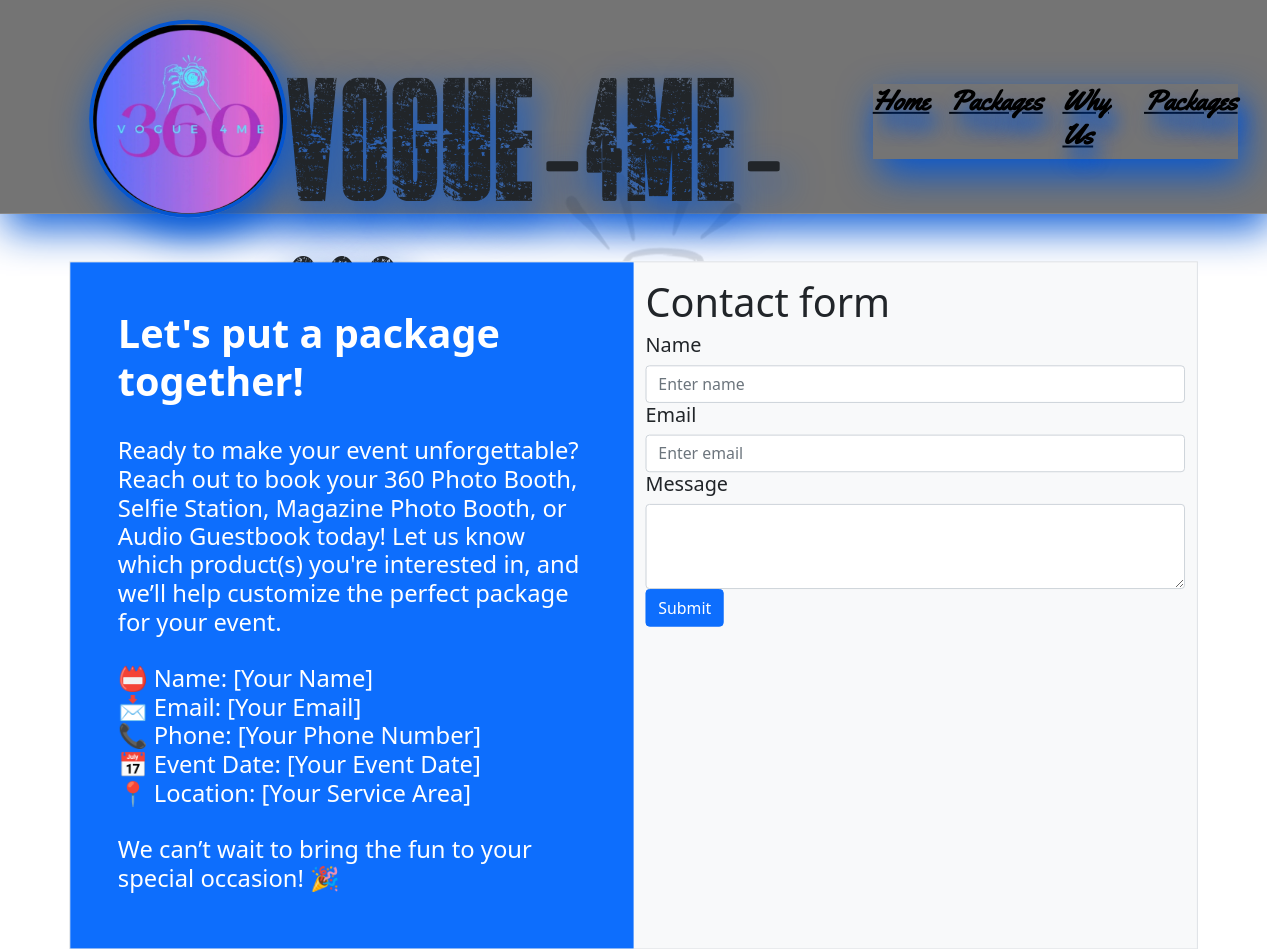
Repository: ErvinClay13/Vogue360-website
Page: contactUs.html
An editor plug-in stored every save of this project. The page is shown before and after the next save, followed by the edit.
The browser window is 1280 px wide. The pictures show the whole page, at 99% of full size.
Backgrounds fixed to the window are drawn as part of the page.

Above is the page before, as saved 2025-03-06 03:25:40.
Console error: ReferenceError: emailjs is not defined

### contactUs.html
<!DOCTYPE html>
<html lang="en">
<head>
    <meta charset="UTF-8">
    <meta name="viewport" content="width=device-width, initial-scale=1.0">
    <link
         rel="icon"
         type="image.png"
         sizes="32x32"
         href="images/VogueLogo.png">
    <link rel="stylesheet" href="myStyle/style.css">
    <link rel="stylesheet" href="why-us.html">
    <link rel="stylesheet" href="gallery.html">
    <link rel="stylesheet" href="packages.html">
    <link rel="stylesheet" href="home.html">
    <link href="https://cdn.jsdelivr.net/npm/bootstrap@5.0.2/dist/css/bootstrap.min.css"
        rel="stylesheet" integrity="sha384-EVSTQN3/azprG1Anm3QDgpJLIm9Nao0Yz1ztcQTwFspd3yD65VohhpuuCOmLASjC"
        crossorigin="anonymous">
    <title>Contact Us</title>



    <script src="script.js"></script>



    <script type="text/javascript"
    src="https://cdn.jsdelivr.net/npm/@emailjs/browser@4/dist/email.min.js">
</script>
<script type="text/javascript">
(function(){
  emailjs.init({
    publicKey: "pxI3h7P6SQYHLwxAj",
  });
})();
</script>

  </head>
  <body>

    <div class="wrapper">
        <header>
            <a href="home.html"></a><img  src="images/newLogo.png" id="myLogo" alt="">
            <h1 id="headerText">VOGUE-4ME-360</h1>
            <div class="link-pages" id="link_pages">
                <h3><a href="home.html" id="myLink">Home</a></h3>
                <h3><a href="packages.html" id="myLink">Packages</a></h3>
                <h3><a href="why-us.html" id="myLink">Why Us</a></h3>
                <h3><a href="packages.html" id="myLink">Packages</a></h3>

            </div>
        </header>
    </div>

    <div class="container border mt-5 bg-light">
        <div class="row">
          <div class="col-md-6 p-5 bg-primary text-white">
            <h1><strong>Let's put a package together!</strong></h1> <br>
            <h4>
              Ready to make your event unforgettable? Reach out to book your 360 Photo Booth, Selfie Station, Magazine Photo Booth, or Audio Guestbook today! Let us know which product(s) you're interested in, and we’ll help customize the perfect package for your event. <br> <br>

              📛 Name: [Your Name] <br>
              📩 Email: [Your Email] <br>
              📞 Phone: [Your Phone Number] <br>
              📅 Event Date: [Your Event Date] <br>
              📍 Location: [Your Service Area] <br> <br>

              We can’t wait to bring the fun to your special occasion! 🎉
            </h4>
          </div>
          <div class="col-md-6 border-left py-3">
            <h1>Contact form</h1>
            <div class="form-group">
              <h5 for="name">Name</h5>
              <input
                type="text"
                class="form-control"
                id="name"
                placeholder="Enter name"
              />
            </div>
            <div class="form-group">
              <h5 for="email">Email</h5>
              <input
                type="email"
                class="form-control"
                id="email"
                placeholder="Enter email"
              />
            </div>
            <div class="form-group">
              <h5 for="message">Message</h5>
              <textarea class="form-control" id="message" rows="3"></textarea>
            </div>
            <button class="btn btn-primary" onclick="sendMail()">Submit</button>
          </div>
        </div>
      </div>

### myStyle/style.css
@import url('https://fonts.googleapis.com/css2?family=Yellowtail&display=swap');

@font-face {
    font-family: myFont;
   src: url(School.otf);
}

@font-face {
    font-family: myFont2;
   src: url(TripleRainbow.otf);
}

@font-face {
    font-family: myFont3;
   src: url(NewFont.ttf);
}

*{
    padding: 0;
    margin: 0;
    box-sizing: border-box;
}

body {
    background-color: rgba(187, 187, 187, 0.674);
    background-image: url(backgroundLogo.png);
    background-repeat: no-repeat;
    background-position: center;
    background-attachment: fixed;
}

#myLogo {
    height: 200px;
    width: 200px;
    margin-top: 20px;
    margin-left: 40px;
    border: solid 4px #0055d4f5;;
    border-radius: 150px;
    box-shadow: 5px 15px 40px #0055d4f5;



}

header {
    display: flex;
    justify-content: space-between;
    padding-right: 30px;
    padding-left: 50px;
    background-color: rgba(56, 56, 56, 0.698);
    height: 30vh;
    box-shadow: 5px 15px 40px #0055d4f5;
}

a {
    text-decoration: underline;
    color: #151515;
}

a:link {
    color: #151515;
}

a:hover {
    color: #01398cf5;
    text-decoration: underline;
}

.link-pages {
    align-self: center;
    margin-top: 30px;
    font-size: 25px;
    font-family: "Yellowtail", cursive;
    display: flex;
    gap: 20px;
    box-shadow: 5px 15px 40px #0055d4f5;
    text-shadow: 5px 15px 30px #0055d4f5;
}



#myLink {
    color: black;
    font-weight: bold;
    text-shadow: 5px 15px 20px #0055d4;
    cursor: url("cursorLogo.png"), auto;
}
#myLink:hover{
    color: #01398cf5;
}





#servImg {
    height: 250px;
    width: 250px;
    border-radius: 20px;
}

#packImg {
    height: 250px;
    width: 250px;
    border-radius: 20px;
}




#headerText {
    align-content: center;
    margin-top: 70px;
    font-size: 150px;
    font-family: myFont3;
    height: 120px;
    border-radius: 80px;
    text-shadow: 5px 15px 40px #0055d4f5;
    font-weight: 100;

}



.galleryContainer {
    margin-top: 60PX;
    display: flex;
    flex-direction: column;
    align-items: center;
    justify-content: space-between;

}



.galleryBoxes {
    justify-content: center;
    margin-top: 30px;
    display: flex;
    flex-wrap: wrap;
    width: 1000px;
    justify-content: space-between;
    row-gap: 25px;
    box-shadow: 5px 15px 40px #0055d4f5;
}

.boxes:hover {
    transform: scale(1.2);
    box-shadow: 5px 15px 40px #8600d4f5;
}

.homeVidContainer {
    margin-top: 30px;
    display: flex;
    flex-direction: column;
    align-items: center;
    margin-bottom: 200px
}

.vidBox {
    display: flex;
    align-items: center;
    gap: 15px;
    box-shadow: 5px 15px 40px #0055d4f5;
}

.packageTitle {
    display: flex;
    margin-top: 50px;
    flex-direction: column;
    align-items: center;
    font-size: 40px;
    text-shadow: 5px 15px 40px #0055d4f5;
}

.packageContainer {
    margin-top: 100px;
    display: flex;
    gap: 80px;
    justify-content: center;
    text-shadow: 5px 15px 40px #0055d4f5;
    margin-bottom: 100px;
}

#pack {
    border: solid 2px rgb(67, 67, 67);
    box-shadow: 5px 15px 40px #0055d4f5;
    padding: 15px;
    border-radius: 20px;
}

#pack:hover {
    transform: scale(1.2);
    box-shadow: 5px 15px 40px #8600d4f5;
    background-color: #8600d45b;
}

.headBox {
    font-size: 30px;
    padding-bottom: 10px;
}

.headBox:hover {
    color:#8600d4f5;
    cursor: url("cursorLogo.png"), auto;
}

.headService {
    display: flex;
    margin-top: 50px;
    flex-direction: column;
    align-items: center;
    font-size: 40px;
    text-shadow: 5px 15px 40px #0055d4f5;

}

.servicesContainer {
    margin-top: 60px;
    display: flex;
    gap: 80px;
    justify-content: center;
    text-shadow: 5px 15px 40px #0055d4f5;
    margin-bottom: 100px;
    flex-wrap: wrap;

}



.serviceBox {
    max-width: 300px;
    box-shadow: 5px 15px 40px #0055d4f5;
    text-align: center;
    border-radius: 10px;
    padding: 20px;

}

.serviceBox:hover {
    transform: scale(1.2);
    box-shadow: 5px 15px 40px #8600d4f5;

}
.bookToday {
    margin-top: 10px;
    box-shadow: 5px 15px 40px #0055d4f5;
    text-shadow: 5px 15px 40px #0055d4f5;
    cursor: url("cursorLogo.png"), auto;
    border: solid 2px #0055d4f5;
    border-radius: 10px;
    height: 35px;
    width: 120px;
    font-size: 15px;

}

.bookToday:hover {
    background-color: #8600d4f5;
}

.package {
    max-width: 300px;
    box-shadow: 5px 15px 40px #0055d4f5;
    text-align: center;
    border-radius: 10px;
    padding: 20px;
}

.aboutUsContainer {
    margin-top: 60px;
    display: flex;
    gap: 80px;
    justify-content: center;
    text-shadow: 5px 15px 40px #0055d4f5;
    margin-bottom: 100px;
}

.aboutUsBox {
    max-width: 300px;
    box-shadow: 5px 15px 40px #0055d4f5;
    text-align: center;
    border-radius: 10px;
    padding: 20px;
}

.aboutUsBox:hover {
    transform: scale(1.2);
    box-shadow: 5px 15px 40px #8600d4f5;

}

.socialMediaContainer {
    margin-top: 60px;
    display: flex;
    justify-content: center;
    margin-bottom: 100px;
}

.socialMediaBox {
    display: flex;
    gap: 80px;
}

#socImg {
    height: 80px;
    width: 80px;
    border-radius: 100px;
    box-shadow: 5px 15px 40px #0055d4f5;
    cursor: url("cursorLogo.png"), auto;
}

#socImg:hover {
    box-shadow: 5px 15px 40px #8600d4f5;
    transform: scale(1.2);
}

.whyUsImgContainer {
    width: 1920px;
    background-color: gray;
    margin-top: 20px;
    display: flex;
    flex-direction: column;
    align-items: center;
    margin-bottom: 50px;
    box-shadow: 5px 15px 40px #0055d4f5;
}



.whyUsTextContainer{
    display: flex;
    flex-direction: column;
    align-content: center;
    align-items: center;
}

#whyUsHeading{
    font-size: 45px;
    text-shadow: 5px 15px 40px #0055d4f5;
}

#whyUsText {
    margin-top: 25px;
    font-size: 25px;
    width: 1400px;
    text-shadow: 5px 15px 40px #0055d4f5;
}

.whyUsFeaturesContainer {
    margin-top: 60px;
    display: flex;
    gap: 80px;
    justify-content: center;
    text-shadow: 5px 15px 40px #0055d4f5;
    margin-bottom: 200px;
    flex-wrap: wrap;
}

#whyUsImg {
    height:600px;
    width: 600px;
}


.featureBox {
    max-width: 400px;
    max-height: 400px;
    box-shadow: 5px 15px 40px #0055d4f5;
    text-align: center;
    border-radius: 10px;
    padding: 20px;
}


.galleryBoxes {
    justify-content: center;
    margin-top: 30px;
    display: flex;
    flex-wrap: wrap;
    width: 1000px;
    justify-content: space-between;
    row-gap: 25px;
    box-shadow: 5px 15px 40px #0055d4f5;
}

### gallery.html
<!DOCTYPE html>
<html lang="en">
<head>
    <meta charset="UTF-8">
    <meta name="viewport" content="width=device-width, initial-scale=1.0">
    <link
         rel="icon"
         type="image.png"
         sizes="32x32"
         href="images/VogueLogo.png">
    <link rel="stylesheet" href="myStyle/style.css">
    <link rel="stylesheet" href="why-us.html">
    <link rel="stylesheet" href="gallery.html">
    <link rel="stylesheet" href="packages.html">
    <title>Vogue4Me360|Gallery</title>
</head>
<body>

    <div class="wrapper">
        <header>
            <a href="home.html"></a><img  src="images/newLogo.png" id="myLogo" alt="">
            <h1 id="headerText">VOGUE-4ME-360</h1>
            <div class="link-pages" id="link_pages">
                <h3><a href="home.html" id="myLinks">Home</a></h3>
                <h3><a href="packages.html" id="myLinks">Packages</a></h3>
                <h3><a href="why-us.html" id="myLinks">Why Us</a></h3>
                <h3><a href="contactUs.html" id="myLinks">Contact Us</a></h3>
            </div>
        </header>
        <div style="background-color: rgb(0, 0, 0);" class="homeVidContainer">
            <div class="vidBox">
                <div class="boxes"> <video autoplay controls muted loop src="videoGallery/hoW IT STARTED(4).mp4" width="100%" height="700" ></video></div>
            </div>
        </div>
        <div class="galleryContainer">
            <H1>GALLERY</H1>
            <div class="galleryBoxes">
                <div class="boxes"> <video controls src="videoGallery/jacketvid.mp4" width="200" height="300"></video></div>
                <div class="boxes"> <video controls src="videoGallery/galVid2.mp4" width="200" height="300"></video></div>
                <div class="boxes"> <video controls src="videoGallery/galVid6.mp4" width="200" height="300"></video></div>
                <div class="boxes"> <video controls src="videoGallery/galVid4.mp4" width="200" height="300"></video></div>
                <div class="boxes"> <video controls src="videoGallery/galVid3.mp4" width="200" height="300"></video></div>
                <div class="boxes"> <video controls src="videoGallery/jacketvid.mp4" width="200" height="300"></video></div>
                <div class="boxes"> <video controls src="videoGallery/jacketvid.mp4" width="200" height="300"></video></div>
                <div class="boxes"> <video controls src="videoGallery/jacketvid.mp4" width="200" height="300"></video></div>
                <div class="boxes"> <video controls src="videoGallery/jacketvid.mp4" width="200" height="300"></video></div>
                <div class="boxes"> <video controls src="videoGallery/jacketvid.mp4" width="200" height="300"></video></div>
                <!-- <div class="boxes"> <video controls src="videoGallery/jacketvid.mp4" width="200" height="300"></video></div>
                <div class="boxes"> <video controls src="videoGallery/jacketvid.mp4" width="200" height="300"></video></div>
                <div class="boxes"> <video controls src="videoGallery/jacketvid.mp4" width="200" height="300"></video></div>
                <div class="boxes"> <video controls src="videoGallery/jacketvid.mp4" width="200" height="300"></video></div>
                <div class="boxes"> <video controls src="videoGallery/jacketvid.mp4" width="200" height="300"></video></div> -->
            </div>
        </div>
    </div>


    <script src="script.js"></script>
</body>
</html>

### home.html
<!DOCTYPE html>
<html lang="en">
<head>
    <meta charset="UTF-8">
    <meta name="viewport" content="width=device-width, initial-scale=1.0">
    <link rel="icon" type="image/png" sizes="32x32" href="images/VogueLogo.png">
    <link rel="stylesheet" href="myStyle/style.css">
    <title>Vogue4Me360 - Home</title>
    <script src="script.js" defer></script>
    <style>
        /* Hamburger Menu Styles */
        .menu-toggle {
            display: none;
            flex-direction: column;
            cursor: pointer;
            position: absolute;
            top: 20px;
            right: 20px;
            z-index: 1000;
        }

        .menu-toggle div {
            width: 30px;
            height: 4px;
            background-color: white;
            margin: 5px;
            transition: 0.3s;
        }

        .link-pages {
            display: flex;
            gap: 20px;
        }

        #headerText {
            font-size: 5vw;
            text-align: center;
            margin-top: 20px;
        }

        #myLogo {
            height: 200px;
            width: 200px;
            transition: all 0.3s ease;
        }

        @media screen and (max-width: 768px) {
            .menu-toggle {
                display: flex;
            }

            .link-pages {
                display: none;
                flex-direction: column;
                position: absolute;
                top: 60px;
                right: 0;
                background-color: rgba(56, 56, 56, 0.9);
                width: 100%;
                text-align: center;
                padding: 20px 0;
            }

            .link-pages.active {
                display: flex;
            }

            #myLogo {
                height: 80px;
                width: 80px;
                display: block;
                margin: 0 auto;
            }

            #headerText {
                font-size: 20vw;
                text-align: center;
                margin-top: 10px;
            }

            .headService h1 {
                font-size: 5vw;
            }

            header {
                display: flex;
                flex-direction: column;
                align-items: center;
            }

            .vidBox {
            display: flex;
            flex-wrap: wrap;
            justify-content: center;
        }

        .vidBox video {
            width: 100%;
            max-width: 1000px;
            height: 500px;
            transition: height 0.3s ease;
        }

        .blueLight {
          display: none;
        }

        .socialMediaBox {
          display: flex;
          flex-direction: column;
        }

        }
    </style>
</head>
<body>
    <div class="wrapper">
        <header>
            <img src="images/newLogo.png" id="myLogo" alt="Vogue4Me360 Logo">
            <h1 id="headerText">VOGUE-4ME-360</h1>

            <div class="menu-toggle" onclick="toggleMenu()">
                <div></div>
                <div></div>
                <div></div>
            </div>

            <nav class="link-pages" id="link_pages">
                <a href="why-us.html">Why Us</a>
                <a href="gallery.html">Gallery</a>
                <a href="packages.html">Packages</a>
                <a href="contactUs.html">Contact Us</a>
            </nav>
        </header>

        <!-- Video Section -->
        <div class="homeVidContainer">
            <div class="vidBox">
                <video class="blueLight" style="transform: rotateY(180deg) rotateX(180deg)" autoplay muted loop src="myStyle/Untitled design(3).mp4" width="100%" height="500"></video>
                <video autoplay muted loop src="videoGallery/jacketvid.mp4" width="100%" height="500"></video>
                <video style="filter: grayscale(100%)" autoplay muted loop src="videoGallery/jacketvid.mp4" width="100%" height="500"></video>
                <video autoplay muted loop src="videoGallery/jacketvid.mp4" width="100%" height="500"></video>
                <video class="blueLight" style="transform: rotateX(180deg) rotate(180deg)" autoplay muted loop src="myStyle/Untitled design(3).mp4" width="100%" height="500"></video>
            </div>
        </div>

        <!-- Services Section -->
        <div class="headService">
            <h1>OUR PHOTO SERVICES</h1>
        </div>
        <div class="whyUsFeaturesContainer">
            <div class="serviceBox">
                <div class="headBox">360 Photo Booth</div>
                <div class="serviceImg">
                    <img id="servImg" src="images/vogue1.jpg" alt="360 Photo Booth" />
                </div>
                <p>We'll catch every angle with our Vogue 4Me 360 Photo Booth!</p>
                <a href="contactUs.html">
                    <button class="bookToday">BOOK TODAY</button>
                </a>
            </div>
            <div class="serviceBox">
                <div class="headBox">Selfie Station</div>
                <div class="serviceImg">
                    <img id="servImg" src="images/selfie.gif" alt="Selfie Station" />
                </div>
                <p>Create A Memory That Will Last Forever With Our Vogue 4Me Selfie Station!</p>
                <a href="contactUs.html">
                    <button class="bookToday">BOOK TODAY</button>
                </a>
            </div>
            <div class="serviceBox">
                <div class="headBox">Magazine Photo Booth</div>
                <div class="serviceImg">
                    <img id="servImg" src="images/Mag_photo-2.jpg" alt="Magazine Photo Booth" />
                </div>
                <p>Be The Headline Of Your Own Magazine With Our Vogue 4Me Magazine Photo Booth.</p>
                <a href="contactUs.html">
                    <button class="bookToday">BOOK TODAY</button>
                </a>
            </div>
            <div class="serviceBox">
                <div class="headBox">Audio Guestbook</div>
                <div class="serviceImg">
                    <img id="servImg" src="images/audio guest book.webp" alt="Audio Guestbook" />
                </div>
                <p>Ditch The Pen And Paper GuestBook And Upgrade To Our Vogue 4Me Audio Guestbook Which Allows Your Guests To Record A Message For Your Special Event.</p>
                <a href="contactUs.html">
                    <button class="bookToday">BOOK TODAY</button>
                </a>
            </div>
        </div>

        <!-- Social Media Section -->
        <div class="socialMediaContainer">
            <div class="socialMediaBox">
                <img id="socImg" src="images/facebook-circle-logo-png.png" alt="Facebook" />
                <img id="socImg" src="images/instaLogo.jpg" alt="Instagram" />
                <img id="socImg" src="images/youTubeLogo.png" alt="YouTube" />
                <img id="socImg" src="images/tiktok logo.jpg" alt="TikTok" />
            </div>
        </div>
    </div>

    <script>
        function toggleMenu() {
            document.getElementById("link_pages").classList.toggle("active");
        }
    </script>
</body>
</html>

Loaded but not shown: script.js (22 lines, source omitted); why-us.html (182 lines, source omitted); packages.html (202 lines, source omitted)

After the next save:
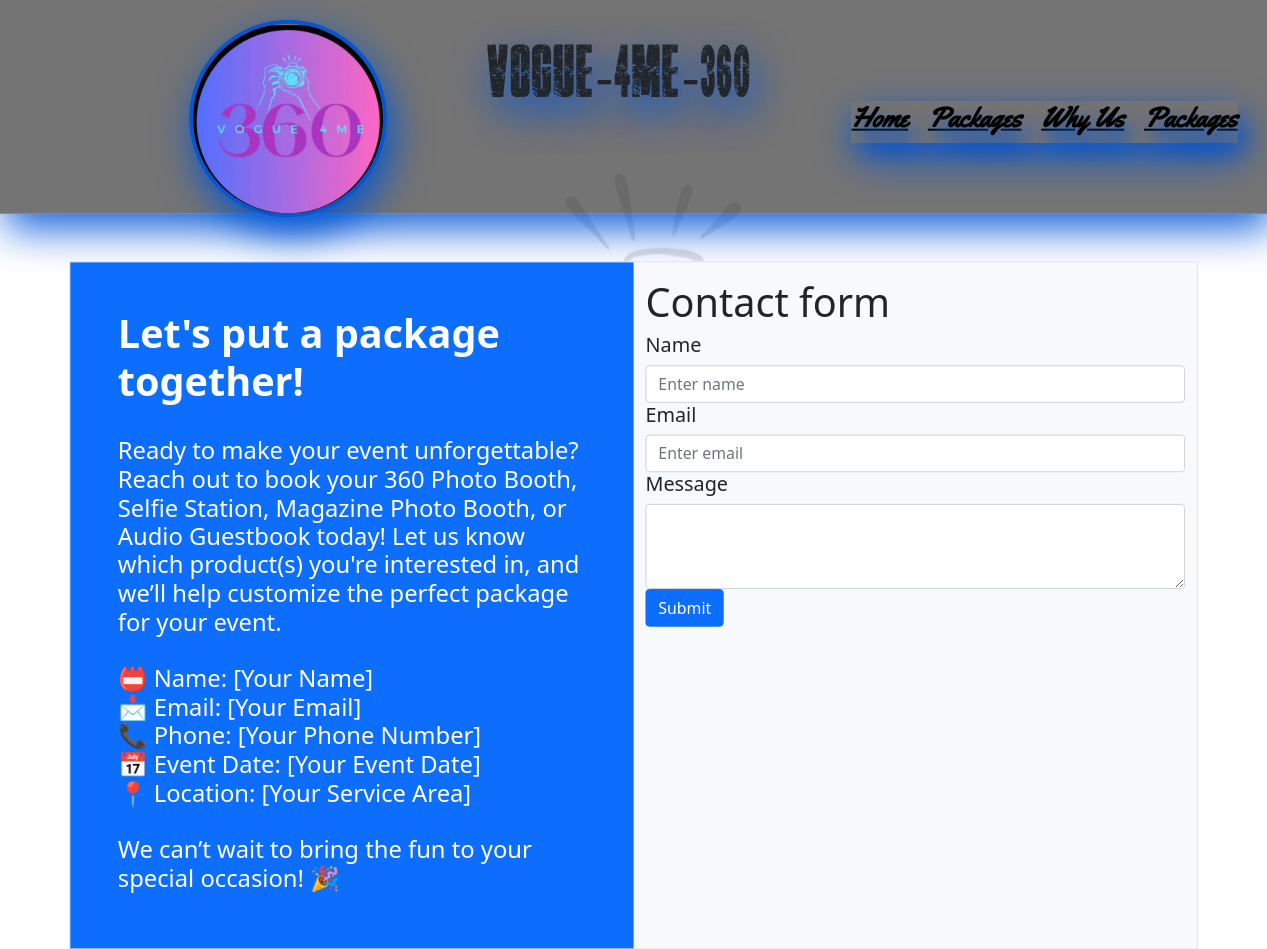
Saved 24 s later.
--- a/contactUs.html
+++ b/contactUs.html
@@ -22,7 +22,111 @@
 
     <script src="script.js"></script>
 
-
+    <style>
+      /* Hamburger Menu Styles */
+      .menu-toggle {
+          display: none;
+          flex-direction: column;
+          cursor: pointer;
+          position: absolute;
+          top: 20px;
+          right: 20px;
+          z-index: 1000;
+      }
+
+      .menu-toggle div {
+          width: 30px;
+          height: 4px;
+          background-color: white;
+          margin: 5px;
+          transition: 0.3s;
+      }
+
+      .link-pages {
+          display: flex;
+          gap: 20px;
+      }
+
+      #headerText {
+          font-size: 5vw;
+          text-align: center;
+          margin-top: 20px;
+      }
+
+      #myLogo {
+          height: 200px;
+          width: 200px;
+          transition: all 0.3s ease;
+      }
+
+      @media screen and (max-width: 768px) {
+          .menu-toggle {
+              display: flex;
+          }
+
+          .link-pages {
+              display: none;
+              flex-direction: column;
+              position: absolute;
+              top: 60px;
+              right: 0;
+              background-color: rgba(56, 56, 56, 0.9);
+              width: 100%;
+              text-align: center;
+              padding: 20px 0;
+          }
+
+          .link-pages.active {
+              display: flex;
+          }
+
+          #myLogo {
+              height: 80px;
+              width: 80px;
+              display: block;
+              margin: 0 auto;
+          }
+
+          #headerText {
+              font-size: 20vw;
+              text-align: center;
+              margin-top: 10px;
+          }
+
+          .headService h1 {
+              font-size: 5vw;
+          }
+
+          header {
+              display: flex;
+              flex-direction: column;
+              align-items: center;
+          }
+
+          .vidBox {
+          display: flex;
+          flex-wrap: wrap;
+          justify-content: center;
+      }
+
+      .vidBox video {
+          width: 100%;
+          max-width: 1000px;
+          height: 500px;
+          transition: height 0.3s ease;
+      }
+
+      .blueLight {
+        display: none;
+      }
+
+      .socialMediaBox {
+        display: flex;
+        flex-direction: column;
+      }
+
+      }
+  </style>
 
     <script type="text/javascript"
     src="https://cdn.jsdelivr.net/npm/@emailjs/browser@4/dist/email.min.js">
